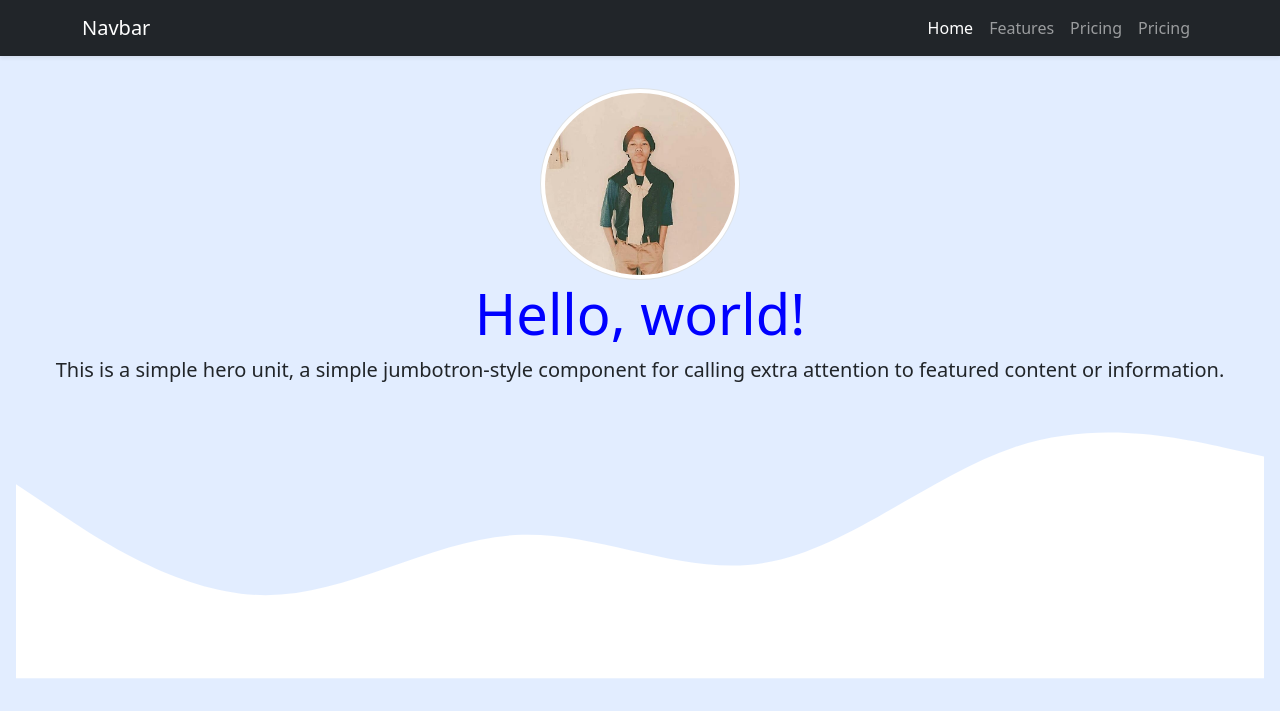
Repository: Novemberdad/gemilangtech.github.io
Page: index.html
An editor plug-in stored every save of this project. The page is shown before and after the next save, followed by the edit.
The browser window is 1280 px wide. The pictures show the whole page.

Above is the page before, as saved 2021-07-20 23:43:51.

After the next save:
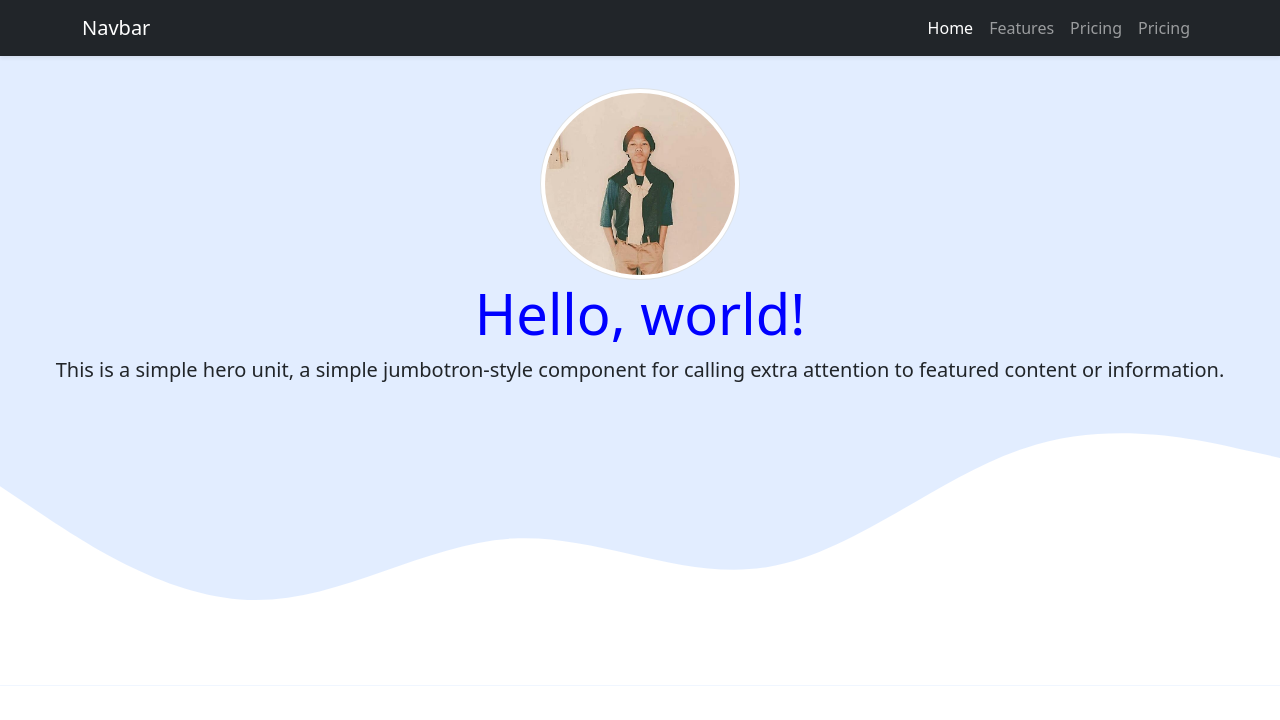
Saved 67 s later.
--- a/style.css
+++ b/style.css
@@ -1,4 +1,4 @@
 .jumbotron {
-    padding: 2rem 1rem;
+    padding-top: 2rem;
     background-color: #e2edff;
 }
